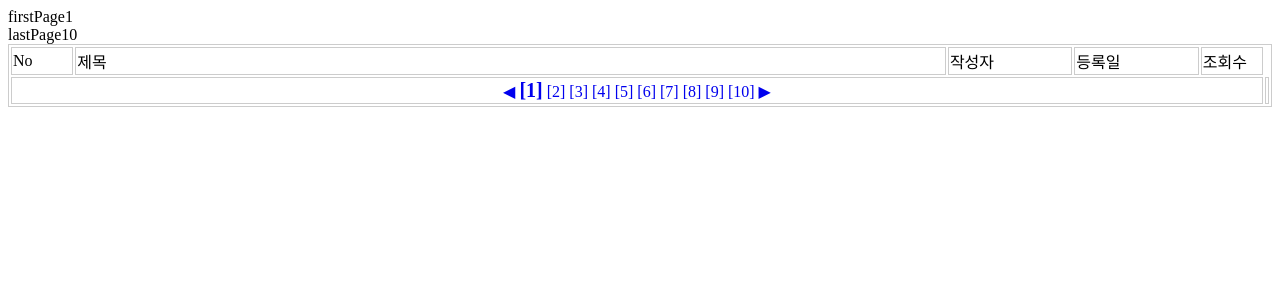
Repository: SyngyeonTak/javaee_workspace
Page: http://localhost/BoardApp/news/list.jsp
An editor plug-in stored every save of this project. The page is shown before and after the next save, followed by the edit.
The browser window is 1280 px wide. The pictures show the whole page.
The page is served by Tomcat 9. Other server files are loaded and not shown. Queries for data that is not in the repository find no rows.

Above is the page before, as saved 2020-12-09 01:39:33.

### BoardApp/WebContent/news/list.jsp
<%@page import="board.model.News"%>
<%@page import="java.util.List"%>
<%@page import="board.model.NewsDAO"%>
<%@ page contentType="text/html;charset=utf-8"%>
<%
	request.setCharacterEncoding("utf-8");
	NewsDAO dao = new NewsDAO();

	List<News> list = dao.selectAll();

	int totalRecord = 130;
	int pageSize = 10;
	int currentPage = 1;
	if(request.getParameter("currentPage")!=null){
		currentPage = Integer.parseInt(request.getParameter("currentPage"));
	}

	int totalPage = (int)Math.ceil((float)totalRecord/pageSize);

	int blockSize = 10;
	int firstPage = currentPage - (currentPage-1)%blockSize;
	int lastPage = firstPage+ (blockSize-1);
	int num = totalRecord - (currentPage-1)*pageSize;
	int curPos = (currentPage-1)*pageSize;


	out.print("firstPage"+firstPage+"<br>");
	out.print("lastPage"+lastPage+"<br>");
%>
<!DOCTYPE html>
<html>
<head>
<meta charset="utf-8">
<title>Insert title here</title>
<style>

table{
	width: 100%;
	border: 1px solid #cccccc;
}
td{
	border: 1px solid #cccccc;
}
a{
 	text-decoration : none;
}
.pageNum{
	font-size:20px;
	color: bluc;
	font-weight: bold;
}
</style>
<script>
</script>
</head>
<body>
	<table>
		<tr>
			<td width = "5%">No</td>
			<td width = "70%">제목</td>
			<td width = "10%">작성자</td>
			<td width = "10%">등록일</td>
			<td width = "5%">조회수</td>
		</tr>
		<%for(int i = 1; i<=pageSize; i++){ %>
			<%if(num < 1) break; %>
			<%if(i > curPos) break; %>
			<%News news = list.get(curPos++); %>
			<tr>
				<td><%=num-- %></td>
				<td><%=news.getTitle() %></td>
				<td><%=news.getWriter() %></td>
				<td><%=news.getRegdate().substring(0, 10) %></td>
				<td><%=news.getHit() %></td>
			</tr>
		<%} %>
		<tr>

			<td colspan = "5" style = "text-align:center;">

				<%if(firstPage >1){ %>
					<a href = "list.jsp?currentPage=<%=firstPage-1 %>">◀</a>
				<%}else{ %>
					<a href = "javascript:alert('처음페이지 입니다.')">◀</a>
				<%} %>

				<%for(int i=firstPage; i<=lastPage; i++){ %>
					<%if(i > totalPage) break; %>
					<a href = "list.jsp?currentPage=<%=i %>" <%if(currentPage == i){ %> class = "pageNum" <%} %>>[<%=i %>]</a>
				<%} %>

				<%if(lastPage <= totalPage){ %>
					<a href = "list.jsp?currentPage=<%=lastPage+1 %>">▶</a>
				<%}else{ %>
					<a href = "javascript:alert('마지막 페이지 입니다.')">▶</a>
				<%} %>

			<td>
		</tr>
	</table>
</body>
</html>

### BoardApp/src/board/model/NewsDAO.java
package board.model;

import java.sql.Connection;
import java.sql.PreparedStatement;
import java.sql.ResultSet;
import java.sql.SQLException;
import java.util.ArrayList;
import java.util.List;

import javax.naming.ldap.PagedResultsControl;

import db.DBManager;

public class NewsDAO {
	DBManager dbManager = new DBManager();

	public int insert(News news) {
		Connection con = dbManager.getConnection();
		PreparedStatement pstmt = null;
		int result = 0;

		String sql = "insert into news(title, writer, content) values(?, ? ,?)";
		try {
			pstmt = con.prepareStatement(sql);
			pstmt.setString(1, news.getTitle());
			pstmt.setString(2, news.getWriter());
			pstmt.setString(3, news.getContent());

			result = pstmt.executeUpdate();


		} catch (SQLException e) {
			e.printStackTrace();
		}finally {
			dbManager.release(con, pstmt);
		}

		return result;
	}
	public News select(int news_id) {
		Connection con = dbManager.getConnection();
		PreparedStatement pstmt = null;
		ResultSet rs = null;
		News news = null;

		try {
			con.setAutoCommit(false);
			String sql = "select * from news where news_id = ?";
			pstmt = con.prepareStatement(sql);
			pstmt.setInt(1, news_id);
			rs= pstmt.executeQuery();

			if(rs.next()) {
				news = new News();
				news.setNews_id(rs.getInt("news_id"));
				news.setTitle(rs.getString("title"));
				news.setWriter(rs.getString("writer"));
				news.setContent(rs.getString("content"));
				news.setRegdate(rs.getString("regdate"));
				news.setHit(rs.getInt("hit"));

			}

			sql = "update news set hit = hit+1 where news_id = ?";
			pstmt = con.prepareStatement(sql);
			pstmt.setInt(1, news_id);
			con.commit();
		} catch (SQLException e) {
			e.printStackTrace();
			try {
				con.rollback();
			} catch (SQLException e1) {
				e1.printStackTrace();
			}
		}finally {
			dbManager.release(con, pstmt, rs);
			try {
				con.setAutoCommit(true);
			} catch (SQLException e) {
				e.printStackTrace();
			}
		}

		return news;
	}

	public List selectAll() {
		Connection con=null;
		PreparedStatement pstmt=null;
		ResultSet rs=null;
		ArrayList list = new ArrayList();

		con=dbManager.getConnection();
		StringBuilder sb = new StringBuilder();
		sb.append("select  n.news_id as news_id, writer, title , regdate, hit,count(comments_id) as cnt");
		sb.append(" from news n left outer join comments c ");
		sb.append(" on n.news_id = c.news_id");
		sb.append(" group by n.news_id,writer, title , regdate, hit order by n.news_id desc");

		try {
			pstmt=con.prepareStatement(sb.toString());
			rs=pstmt.executeQuery();
			while(rs.next()) {
				News news = new News();
				news.setNews_id(rs.getInt("news_id"));
				news.setWriter(rs.getString("writer"));
				news.setTitle(rs.getString("title"));
				news.setRegdate(rs.getString("regdate"));
				news.setHit(rs.getInt("hit"));
				news.setCnt(rs.getInt("cnt"));

				list.add(news);
			}
		} catch (SQLException e) {
			e.printStackTrace();
		}finally {
			dbManager.release(con, pstmt, rs);
		}
		return list;
	}
	public int update(News news) {
		Connection con = dbManager.getConnection();
		PreparedStatement pstmt = null;
		int result = 0;

		String sql = "update news set title = ?, writer = ?, content = ? where news_id = ?";
		try {
			pstmt = con.prepareStatement(sql);
			pstmt.setString(1, news.getTitle());
			pstmt.setString(2, news.getWriter());
			pstmt.setString(3, news.getContent());
			pstmt.setInt(4, news.getNews_id());

			result = pstmt.executeUpdate();

		} catch (SQLException e) {
			// TODO Auto-generated catch block
			e.printStackTrace();
		}finally {
			dbManager.release(con, pstmt);
		}
		return result;
	}
	public int delete(int news_id) {
		Connection con = dbManager.getConnection();
		PreparedStatement pstmt = null;

		int result = 0;

		String sql = "delete from news where news_id = ?";

		try {
			pstmt = con.prepareStatement(sql);
			pstmt.setInt(1, news_id);

			result = pstmt.executeUpdate();

		} catch (SQLException e) {
			// TODO Auto-generated catch block
			e.printStackTrace();
		}finally{
			dbManager.release(con, pstmt);
		}

		return result;
	}

	//게시물 지우지 않고, 삭제된 게시물이라는 표시 처리
	public int replace(int news_id) {
		Connection con = dbManager.getConnection();
		PreparedStatement pstmt =null;

		int result = 0;
		String sql = "update news set title = '작성자에 의해 원글이 삭제된 게시물입니다.', writer = '' where news_id = ?";

		try {
			pstmt = con.prepareStatement(sql);
			pstmt.setInt(1, news_id);
			result = pstmt.executeUpdate();

		} catch (SQLException e) {
			e.printStackTrace();
		}finally {
			dbManager.release(con, pstmt);
		}

		return result;
	}

}

### BoardApp/src/db/DBManager.java
/*
데이터베이스 접속 및 해제와 관련된 코드가 너무나 중복되므로, 공통의 로직으로 분리시켜
재사용하기 위함!!!
*/
package db;
import java.sql.DriverManager;
import java.sql.Connection;
import java.sql.PreparedStatement;
import java.sql.ResultSet;
import java.sql.SQLException;

public class DBManager {
	String driver="org.mariadb.jdbc.Driver";
	String url="jdbc:mariadb://localhost:3306/db1202";
	String user="root";
	String password="1234";

	//접속객체 얻기
	public Connection getConnection(){
		Connection con=null;//return 시키기 위해..
		try{
			Class.forName(driver); //드라이버 로드!!
			System.out.println("드라이버 로드 성공");
			//접속시도
			con=DriverManager.getConnection(url, user, password);
		}catch(ClassNotFoundException e){
			e.printStackTrace();
			System.out.println("드라이버를 로드할수 없네요");
		}catch(SQLException e){
			e.printStackTrace();
		}
		return con;
	}

	//자원해제
	public void release(Connection con){//쿼리문 수행 안햇을때..
		if(con!=null){
			try{
				con.close();
			}catch(SQLException e){
			}
		}
	}

	public void release(Connection con, PreparedStatement pstmt){ //DML용
		if(pstmt!=null){
			try{
				pstmt.close();
			}catch(SQLException e){
			}
		}
		if(con!=null){
			try{
				con.close();
			}catch(SQLException e){
			}
		}

	}
	public void release(Connection con, PreparedStatement pstmt,ResultSet rs){//select용
		if(rs!=null){
			try{
				rs.close();
			}catch(SQLException e){
			}
		}
		if(pstmt!=null){
			try{
				pstmt.close();
			}catch(SQLException e){
			}
		}
		if(con!=null){
			try{
				con.close();
			}catch(SQLException e){
			}
		}

	}
}

After the next save:
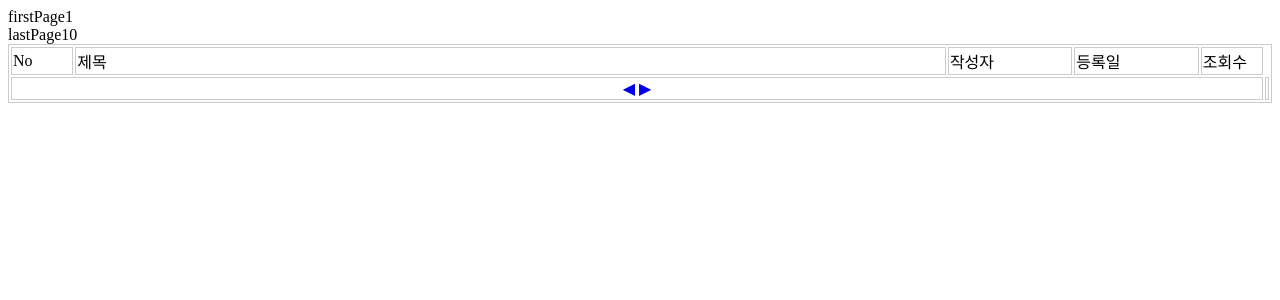
Saved 21 s later.
--- a/BoardApp/WebContent/news/list.jsp
+++ b/BoardApp/WebContent/news/list.jsp
@@ -8,7 +8,7 @@
 
 	List<News> list = dao.selectAll();
 
-	int totalRecord = 130;
+	int totalRecord = list.size();
 	int pageSize = 10;
 	int currentPage = 1;
 	if(request.getParameter("currentPage")!=null){
